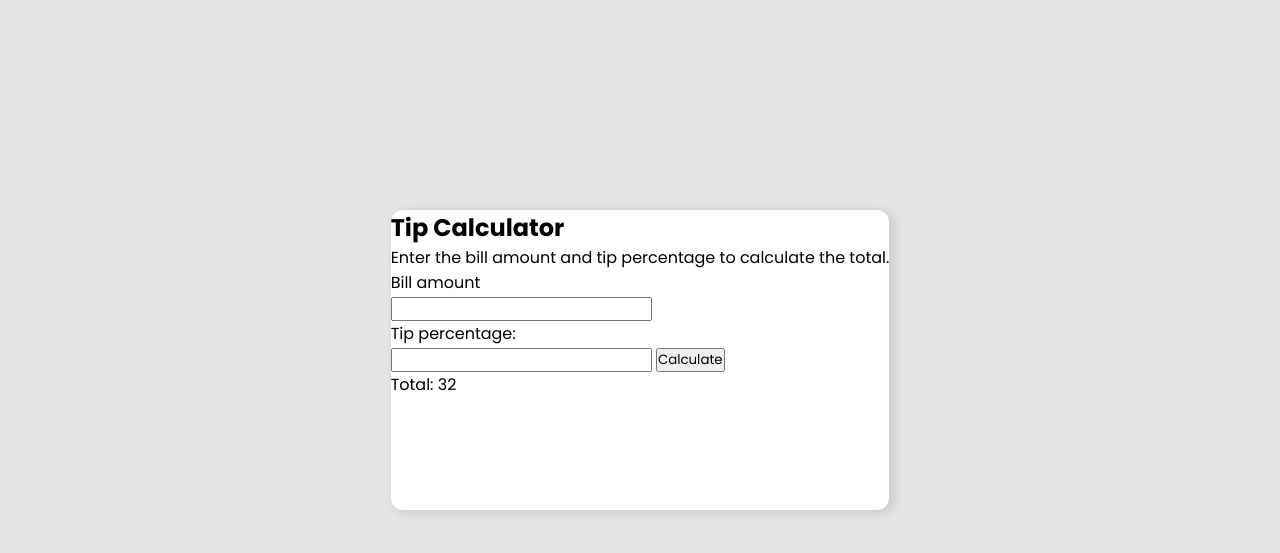
Repository: Ankitkr2021/Tip-Calculator
Page: index.html
The author's editor kept a copy of each file at every save. The page is drawn from the files as they stood at one save, then again after the next save.
The browser window is 1280 px wide. The pictures show the whole page.

Above is the page before, as saved 2025-10-27 10:51:21.

After the next save:
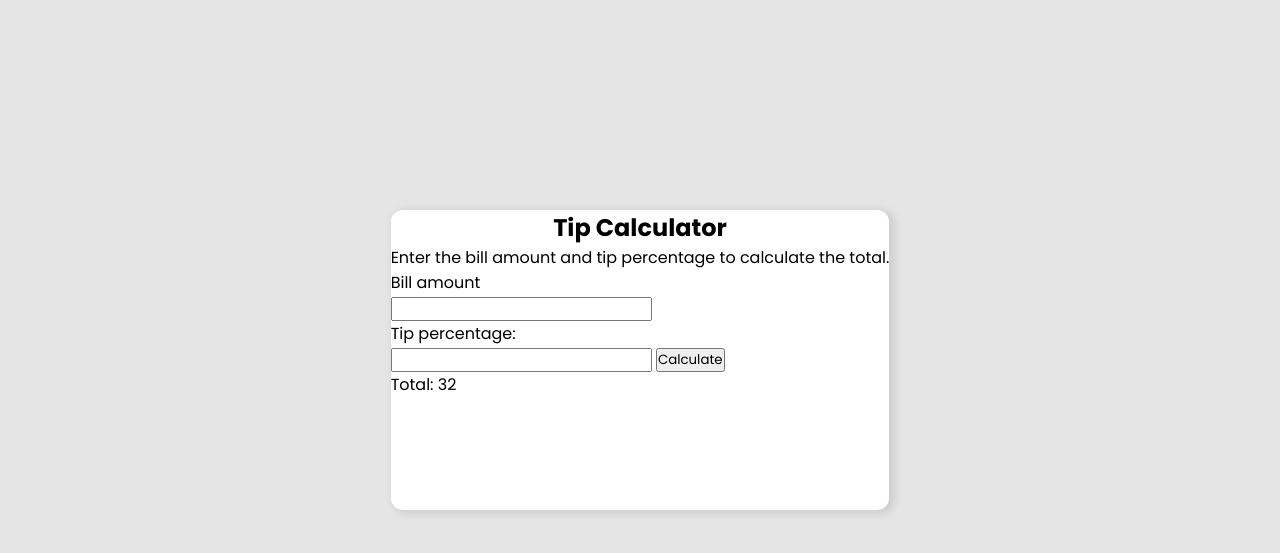
Saved 7 s later.
--- a/style.css
+++ b/style.css
@@ -24,5 +24,5 @@ body {
 }
 
 h2{
-    display: flex;
+    text-align: center;
 }
